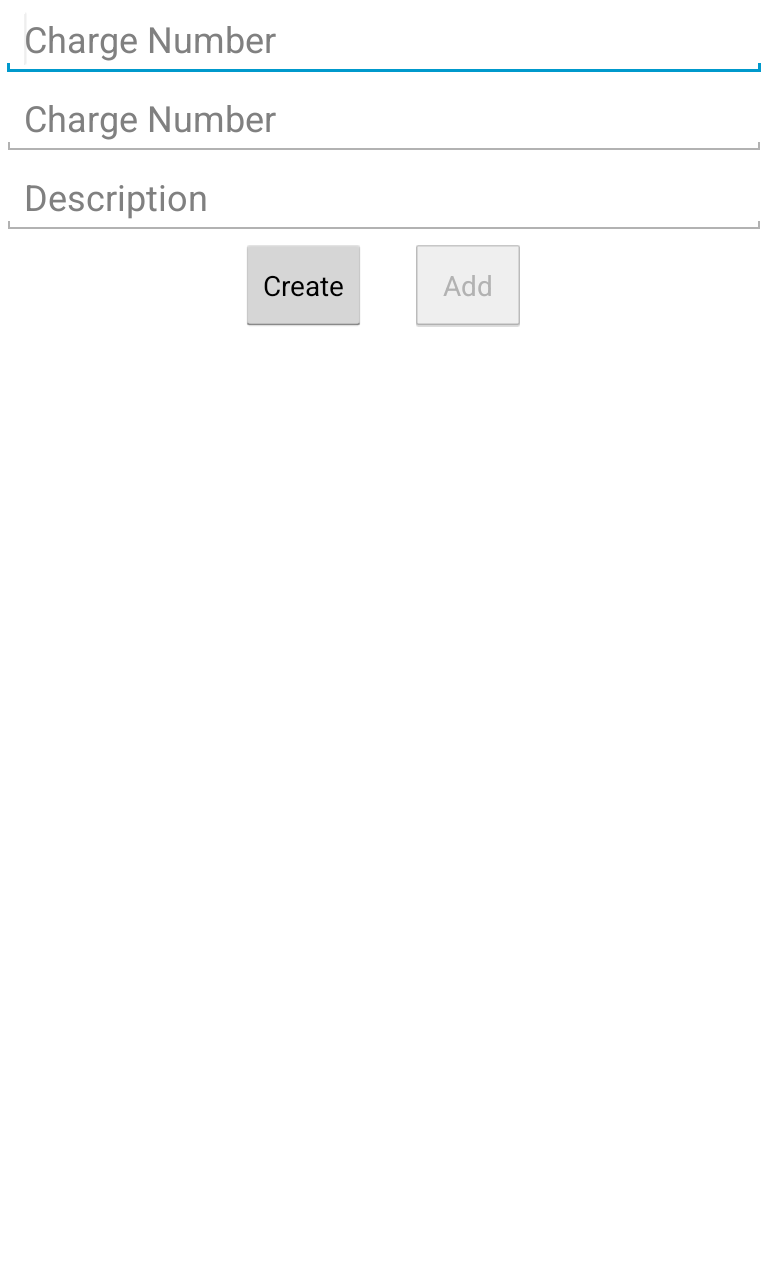
Repository: rotinom/remit
Layout: remit/res/layout/dialog_add_crn.xml
The author's editor kept a copy of each file at every save. The layout is drawn from the files as they stood at one save, then again after the next save.
It is drawn on a 768 x 1280 px phone screen (xhdpi) without system bars, with theme AppTheme; the app's code is not run.

Above is the layout before, as saved 2013-12-23 04:42:11.

After the next save:
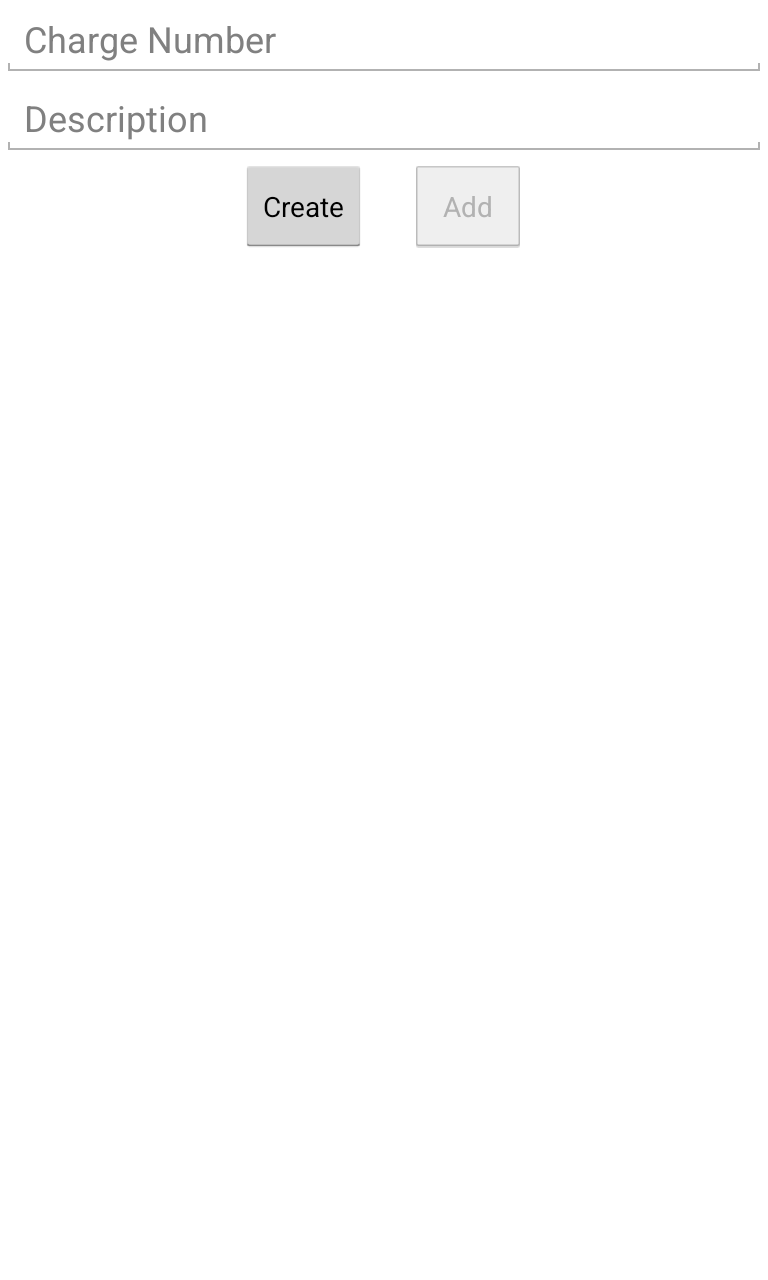
Saved 18 s later.
--- a/remit/res/layout/dialog_add_crn.xml
+++ b/remit/res/layout/dialog_add_crn.xml
@@ -3,17 +3,6 @@
     android:layout_width="match_parent"
     android:layout_height="match_parent"
     android:orientation="vertical" >
-
-    <EditText
-        android:id="@+id/edit_crn_number"
-        android:layout_width="match_parent"
-        android:layout_height="wrap_content"
-        android:ems="10"
-        android:hint="Charge Number"
-        android:inputType="number" >
-
-        <requestFocus />
-    </EditText>
 
     <AutoCompleteTextView
         android:id="@+id/autoCompleteTextView1"
